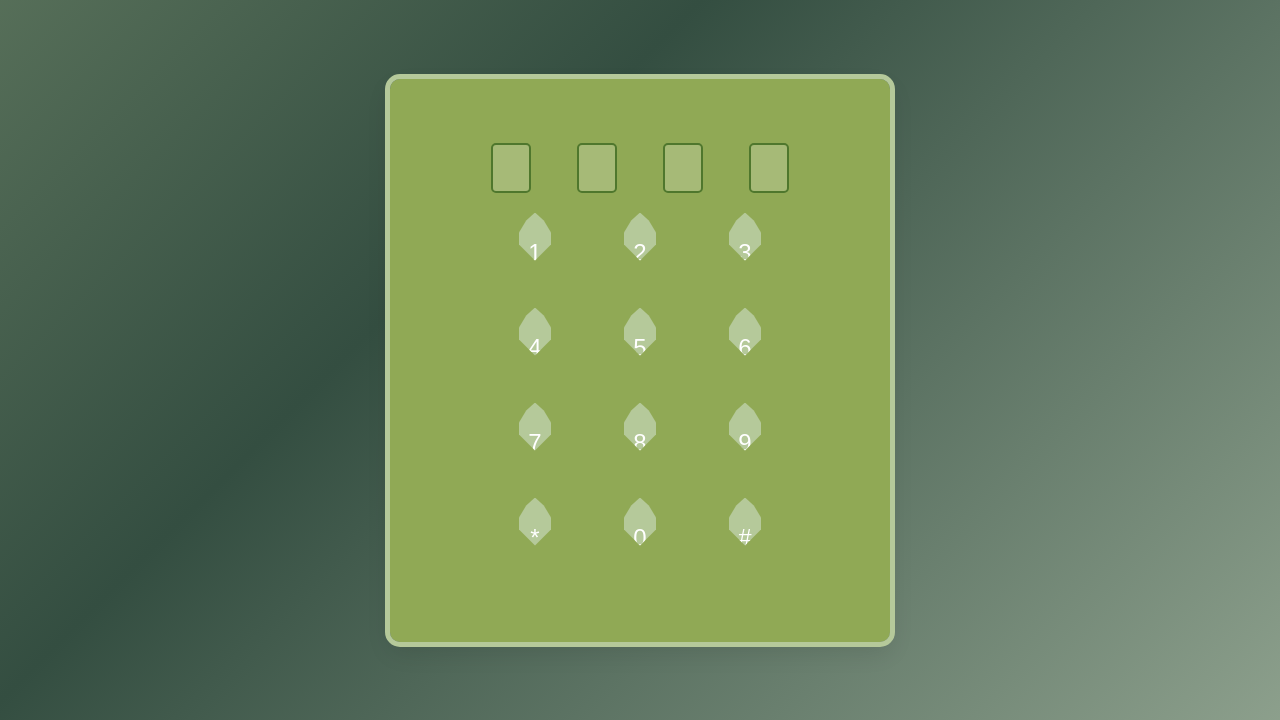
Repository: jahatesu/project-cutie
Page: index.html
An editor plug-in stored every save of this project. The page is shown before and after a run of saves, followed by the edit.
The browser window is 1280 px wide. The pictures show the whole page.
Some web libraries are served in a nearby version.

Above is the page before, as saved 2025-08-14 21:18:20.
Console error: TypeError: Cannot read properties of null (reading 'getBoundingClientRect')

### index.html
<!DOCTYPE html>
<html lang="en">
<head>
    <meta charset="UTF-8"
    meta http-equiv="X-UA-Compatible" content="IE=edge">
    <meta name="viewport" content="width=device-width, initial-scale=1.0">
    <title>idk yet</title>
    <link rel="stylesheet" href="https://cdnjs.cloudflare.com/ajax/libs/font-awesome/7.0.0/css/all.min.css">
    <link rel="stylesheet" href="style.css">
</head>

<body>
    <div class="wrapper">
        <!-- <i class="fa-solid fa-heart"></i>
        <h2 class="question">Do you wanna see why I think you’re the cutest?</h2>
        <div class="btn-group">
            <button class="btn-yes">Yes</button>
            <button class="btn-no">No</button>
        </div> -->

        <!-- PIN DISPLAY -->
         <div class="pin-display">
            <div class="pin-box"></div>
            <div class="pin-box"></div>
            <div class="pin-box"></div>
            <div class="pin-box"></div>
         </div>

         <!-- HEART BUTTONS -->
         <div class="heart-pad">
            <button data-num = "1">1</button>
          <button data-num = "2">2</button>
          <button data-num = "3">3</button>
          <button data-num = "4">4</button>
          <button data-num = "5">5</button>
          <button data-num = "6">6</button>
          <button data-num = "7">7</button>
          <button data-num = "8">8</button>
          <button data-num = "9">9</button>
          <button data-num = "*">*</button>
          <button data-num = "0">0</button>
          <button data-num = "#">#</button>
         </div>
    </div>

    <script src="script.js"></script>


</body>
</html>

### style.css
:root{
    --bg1:#e9f5db;
    --bg2:#90a955;
    --accent:#b5c99a;
    --ink:#232323;
    --splash-duration: 2600ms;
  }

*{
    margin: 0;
    padding: 0;
    box-sizing: border-box;
}

html, body {
    display: flex;
    justify-content: center;
    align-items: center;
    min-height: 100vh;
  width: 100%;
  height:100%;
}

body {
    background: linear-gradient(-45deg, #e9f5db, #344e41, #b5c99a, #23d5ab);
    background-size: 400% 400%;
    animation: gradient 15s ease infinite;
}

@keyframes gradient {
    0% {
        background-position: 0% 50%;
    }
    50% {
        background-position: 100% 50%;
    }
    100% {
        background-position: 0% 50%;
    }
}
.wrapper{
    position: relative;
    width: 90%;
    padding: 5%;
    max-width: 500px;
    margin: 50px 50px;
    height: fit-content;
    /* max-height: 50%; */
    background: #90a955;
    border-radius: 10px;
    display: flex;
    justify-content: center;
    align-items: center;
    box-shadow: 0 10px 25px rgba(0,0,0,0.1);
    flex-direction: column;
    text-align: center;
    outline: 5px solid #b5c99a;
}

.pin-display{
  display: flex;
  justify-content: space-between;
  margin-bottom: 20px;
  width: 80%;
}

.pin-box{
  width: clamp(30px, 9vw, 40px);
  height: clamp(30px, 9vw, 50px);
  border: 2px solid #4f772d;
  border-radius: 5px;
  background: rgba(255,255,255,0.2);
}

.heart-pad {
  display: grid;
  grid-template-columns: repeat(3, 1fr); /* 3 columns evenly spaced */
  gap: 15px;
  width: 100%;             /* take full width of wrapper */
  max-width: 300px;        /* optional max width */
  justify-items: center;    /* center buttons in each grid cell */
  margin: 0 auto;           /* center grid horizontally */
}

.heart-pad button {
  width: 80px;
  height: 80px;
  font-size: 1.5rem;
  display: flex;             /* center number inside heart */
  justify-content: center;
  align-items: center;
  color: white;
  border: none;
  cursor: pointer;
  background: #b5c99a;
  transition: transform 0.1s ease;
   /* Heart shape */
  clip-path: polygon(
    50% 0%,
    61% 10%,
    70% 25%,
    70% 40%,
    50% 60%,
    30% 40%,
    30% 25%,
    39% 10%
  );
}

.heart-pad button:active {
  transform: scale(0.95); /* cute click effect */
}


/* .wrapper i {
  font-size: 50px;
  margin-bottom: 10px;
  color: #e9f5db;
}

i{
    font-size:7.5em;
    color: #e9f5db;
    border: 5px solid transparent;
}

h2{
    font-size: 2em;
    color: #e9f5db;
    margin: 15px 0;
}
@media (max-width: 600px) {
  .h2 {
    font-size: 1.2rem;
  }
}

.btn-group{
    width: 100%;
    height: 40px;
    display: flex;
    justify-content: center;
    margin-top: 15px;
}

button {
    position: absolute;
    width: 150px;
    height: inherit;
    font-size: 1.2em;
    color: #e9f5db;
    font-weight: 600;
    border-radius: 30px;
    border: 2px solid #4f772d;
    cursor: pointer;
    box-shadow: 0 5px 15px rgba(0,0,0,0.3);
}

button:nth-child(1){
    margin-left: -200px;
    background: #4f772d;
    color: #b5c99a;
}

button:nth-child(2){
    margin-right: -200px;
    color: #b5c99a;
}

@media (max-width: 400px) {
  .question {
    font-size: 5vw;
  }
  button {
    font-size: 4vw;
  }
} */

### script.js
const wrapper = document.querySelector(".wrapper");
const question = document.querySelector(".question");
const yesBtn = document.querySelector(".btn-yes");
const noBtn = document.querySelector(".btn-no");

const wrapperRect = wrapper.getBoundingClientRect();
const noBtnRect = noBtn.getBoundingClientRect();


yesBtn.addEventListener('click', () => {
    question.innerHTML = 'I knew it! Love you too <3 ';
})

noBtn.addEventListener('mouseover', () => {
    const i = Math.floor(Math.random() * (wrapperRect.width - noBtnRect.width));
    const j = Math.floor(Math.random() * (wrapperRect.height - noBtnRect.height));
    noBtn.style.left = i + "px";
    noBtn.style.top = j + "px";
})

After the next 3 saves:
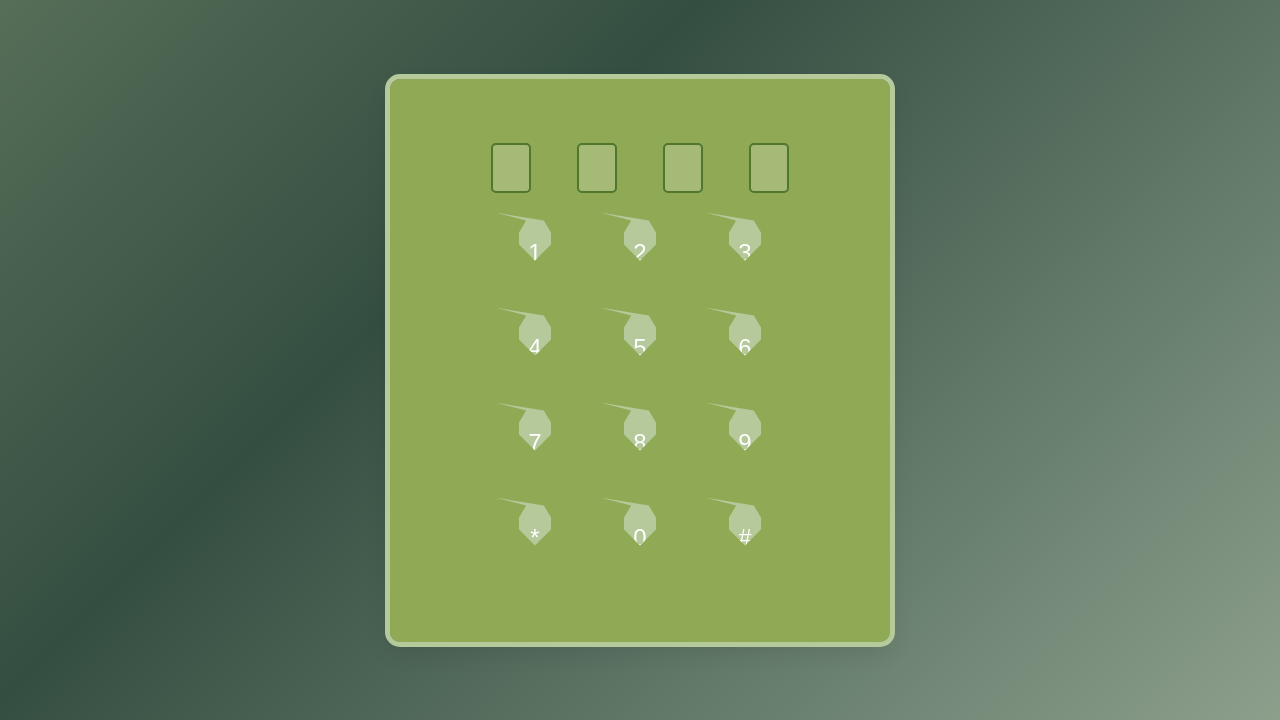
The 3 saves are shown as one change because they came seconds apart.
The last was saved 26 s later.
--- a/style.css
+++ b/style.css
@@ -96,7 +96,7 @@
   transition: transform 0.1s ease;
    /* Heart shape */
   clip-path: polygon(
-    50% 0%,
+    0% 0%,
     61% 10%,
     70% 25%,
     70% 40%,

After the save that followed:
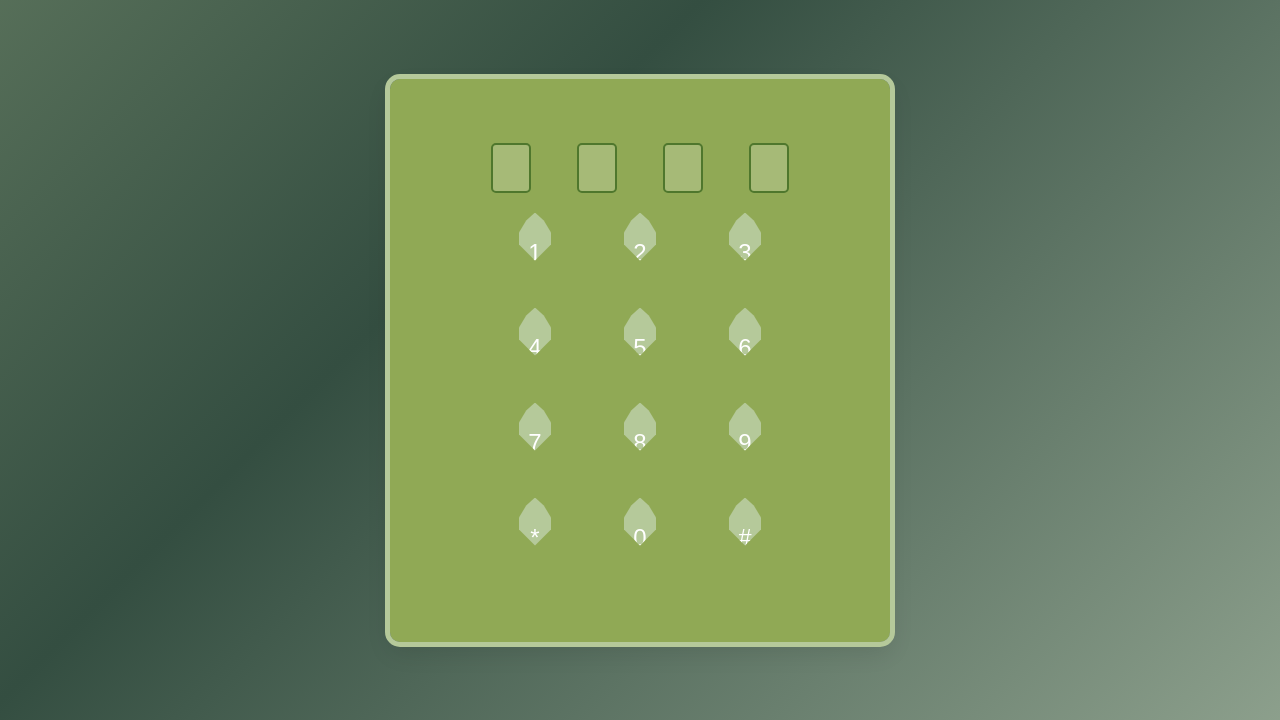
Saved 5 s later.
--- a/style.css
+++ b/style.css
@@ -96,7 +96,7 @@
   transition: transform 0.1s ease;
    /* Heart shape */
   clip-path: polygon(
-    0% 0%,
+    50% 0%,
     61% 10%,
     70% 25%,
     70% 40%,
